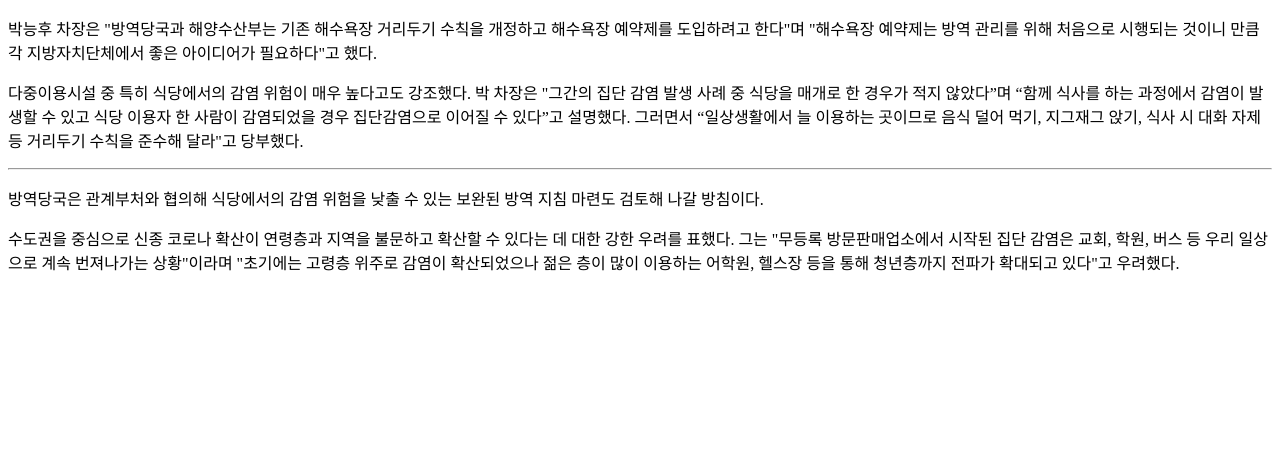
Repository: JeongWoo-Jang/Edu-Backup
Page: 5. HTML & CSS & JSP/ClientTest/WebContent/ex06_p.html
The author's editor kept a copy of each file at every save. The page is drawn from the files as they stood at one save, then again after the next save.
The browser window is 1280 px wide. The pictures show the whole page.

Above is the page before, as saved 2020-06-18 08:20:26.

After the next save:
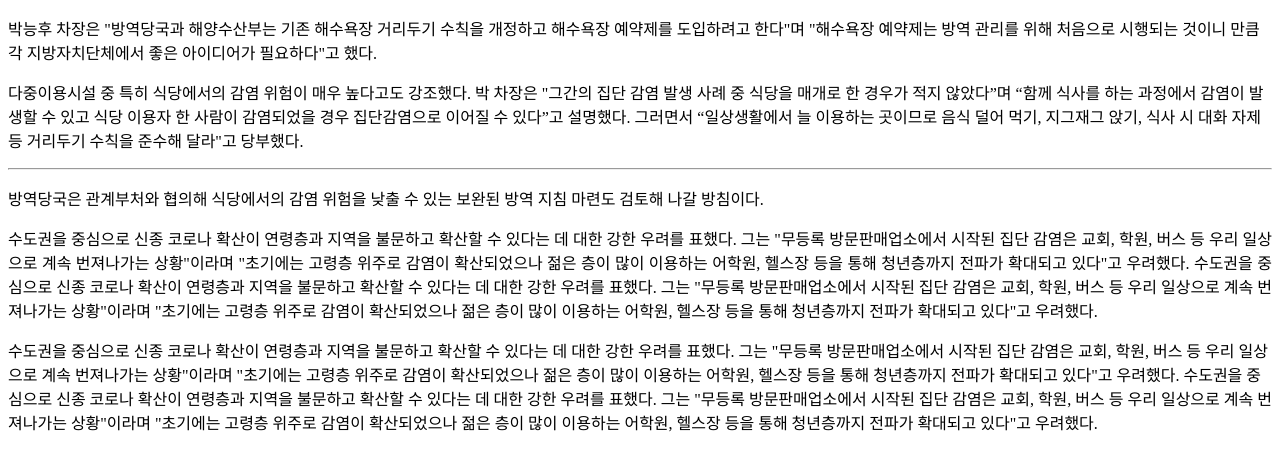
Saved 65 s later.
--- a/5. HTML & CSS & JSP/ClientTest/WebContent/ex06_p.html
+++ b/5. HTML & CSS & JSP/ClientTest/WebContent/ex06_p.html
@@ -17,14 +17,14 @@
 	 <p>박능후 차장은 "방역당국과 해양수산부는 기존 해수욕장 거리두기 수칙을 개정하고 해수욕장 예약제를 도입하려고 한다"며
 	 "해수욕장 예약제는 방역 관리를 위해 처음으로 시행되는 것이니 만큼 각 지방자치단체에서 좋은 아이디어가 필요하다"고 했다.</p>
 
-<p>다중이용시설 중 특히 식당에서의 감염 위험이 매우 높다고도 강조했다. 박 차장은 "그간의 집단 감염 발생 사례 중 식당을
+	<p>다중이용시설 중 특히 식당에서의 감염 위험이 매우 높다고도 강조했다. 박 차장은 "그간의 집단 감염 발생 사례 중 식당을
 매개로 한 경우가 적지 않았다”며 “함께 식사를 하는 과정에서 감염이 발생할 수 있고 식당 이용자 한 사람이 감염되었을 경우
 집단감염으로 이어질 수 있다”고 설명했다. 그러면서 “일상생활에서 늘 이용하는 곳이므로 음식 덜어 먹기, 지그재그 앉기,
 식사 시 대화 자제 등 거리두기 수칙을 준수해 달라"고 당부했다.</p>
 
 <hr>
 
-<p>방역당국은 관계부처와 협의해 식당에서의 감염 위험을 낮출 수 있는 보완된 방역 지침 마련도 검토해 나갈 방침이다.</p>
+	<p>방역당국은 관계부처와 협의해 식당에서의 감염 위험을 낮출 수 있는 보완된 방역 지침 마련도 검토해 나갈 방침이다.</p>
 
 <!--
 
@@ -36,8 +36,17 @@
 
  -->
 
+	<p align="justify">수도권을 중심으로 신종 코로나 확산이 연령층과 지역을 불문하고 확산할 수 있다는 데 대한 강한 우려를 표했다.
+ 그는 "무등록 방문판매업소에서 시작된 집단 감염은 교회, 학원, 버스 등 우리 일상으로 계속 번져나가는 상황"이라며
+ "초기에는 고령층 위주로 감염이 확산되었으나 젊은 층이 많이 이용하는 어학원, 헬스장 등을 통해 청년층까지 전파가 확대되고 있다"고 우려했다.
+ 수도권을 중심으로 신종 코로나 확산이 연령층과 지역을 불문하고 확산할 수 있다는 데 대한 강한 우려를 표했다.
+ 그는 "무등록 방문판매업소에서 시작된 집단 감염은 교회, 학원, 버스 등 우리 일상으로 계속 번져나가는 상황"이라며
+ "초기에는 고령층 위주로 감염이 확산되었으나 젊은 층이 많이 이용하는 어학원, 헬스장 등을 통해 청년층까지 전파가 확대되고 있다"고 우려했다.</p>
 
-<p>수도권을 중심으로 신종 코로나 확산이 연령층과 지역을 불문하고 확산할 수 있다는 데 대한 강한 우려를 표했다.
+ <p align="left">수도권을 중심으로 신종 코로나 확산이 연령층과 지역을 불문하고 확산할 수 있다는 데 대한 강한 우려를 표했다.
+ 그는 "무등록 방문판매업소에서 시작된 집단 감염은 교회, 학원, 버스 등 우리 일상으로 계속 번져나가는 상황"이라며
+ "초기에는 고령층 위주로 감염이 확산되었으나 젊은 층이 많이 이용하는 어학원, 헬스장 등을 통해 청년층까지 전파가 확대되고 있다"고 우려했다.
+ 수도권을 중심으로 신종 코로나 확산이 연령층과 지역을 불문하고 확산할 수 있다는 데 대한 강한 우려를 표했다.
  그는 "무등록 방문판매업소에서 시작된 집단 감염은 교회, 학원, 버스 등 우리 일상으로 계속 번져나가는 상황"이라며
  "초기에는 고령층 위주로 감염이 확산되었으나 젊은 층이 많이 이용하는 어학원, 헬스장 등을 통해 청년층까지 전파가 확대되고 있다"고 우려했다.</p>
 
